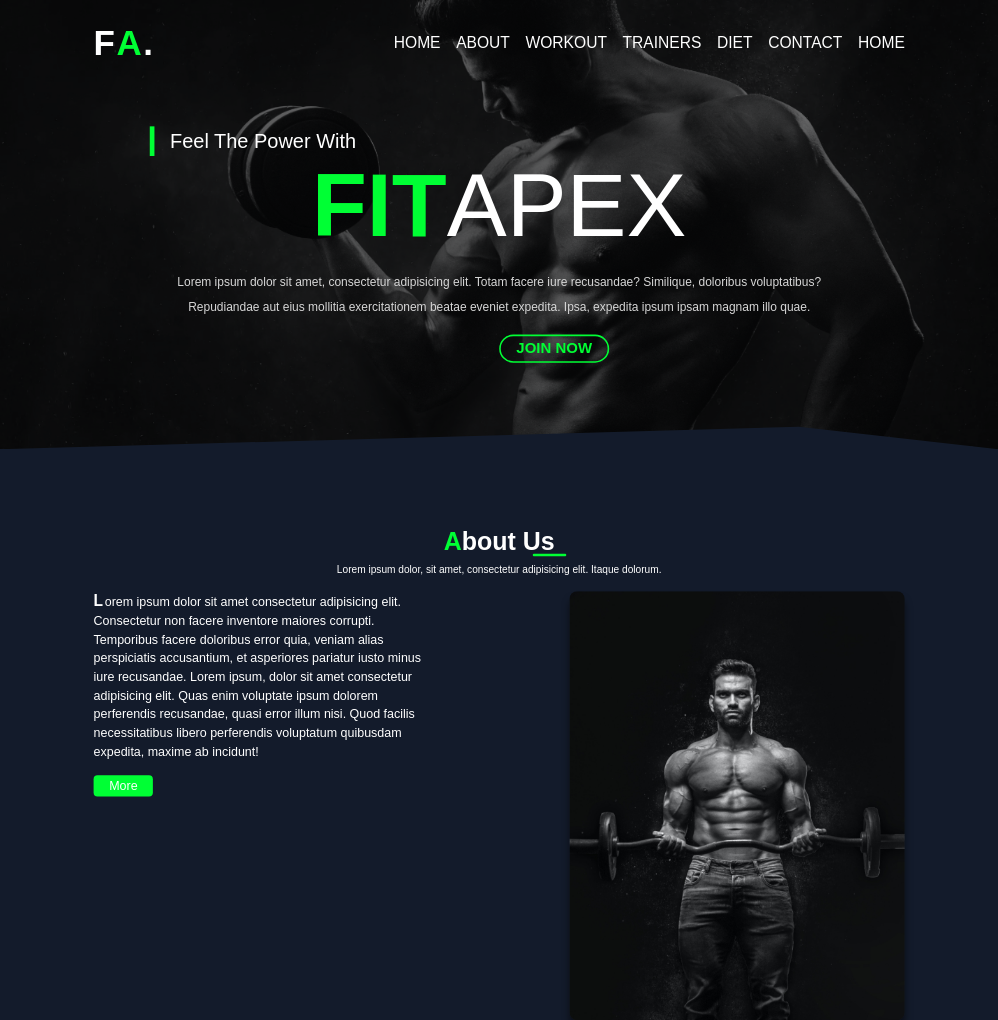
Repository: guilhermecardoso93/fitapex
Page: index.html
These files come from the project's save history. The page is drawn as it stood at one moment and after the next save; the edit follows.
The browser window is 1280 px wide. The pictures show the whole page, at 78% of full size.

Above is the page before, as saved 2023-03-05 21:28:51.

### index.html
<!DOCTYPE html>
<html lang="pr-BR">
  <head>
    <meta charset="UTF-8" />
    <meta http-equiv="X-UA-Compatible" content="IE=edge" />
    <meta name="viewport" content="width=device-width, initial-scale=1.0" />
    <link rel="stylesheet" href="styles.css" />
    <link
      rel="stylesheet"
      href="https://cdnjs.cloudflare.com/ajax/libs/font-awesome/4.7.0/css/font-awesome.css"
    />
    <title>F.A GYM</title>
  </head>
  <body>
    <div class="navbar">
      <a href="#" class="logo">F<b>A</b>.</a>
      <ol>
        <li>
          <a href="#home">home</a>
        </li>
        <li>
          <a href="#about">about</a>
        </li>
        <li>
          <a href="#workout">workout</a>
        </li>
        <li>
          <a href="#trainers">trainers</a>
        </li>
        <li>
          <a href="#diet">diet</a>
        </li>
        <li>
          <a href="#contact">contact</a>
        </li>
        <li>
          <a href="#home">home</a>
        </li>
      </ol>
    </div>
    <section id="home" class="home view">
      <div class="highlights">
        <h3>feel the power with</h3>
        <h1><b>FIT</b>APEX</h1><br>
        <p class="tagline">
          Lorem ipsum dolor sit amet, consectetur adipisicing elit. Totam facere iure recusandae? Similique, doloribus voluptatibus? Repudiandae aut eius mollitia exercitationem beatae eveniet expedita. Ipsa, expedita ipsum ipsam magnam illo quae.
        </p>
        <button class="join">join now</button>
      </div>
      <div class="banner"/>
    </section>

    <section id="about" class="about view">
      <div class="main">
        <h2><span>A</span>bout Us</h2>
        <h6>Lorem ipsum dolor, sit amet, consectetur adipisicing elit. Itaque dolorum.</h6>
      </div>
      <div class="content">
        <div class="cols">
          <p><b>L</b>orem ipsum dolor sit amet consectetur adipisicing elit. Consectetur non facere inventore maiores corrupti. Temporibus facere doloribus error quia, veniam alias perspiciatis accusantium, et asperiores pariatur iusto minus iure recusandae. Lorem ipsum, dolor sit amet consectetur adipisicing elit. Quas enim voluptate ipsum dolorem perferendis recusandae, quasi error illum nisi. Quod facilis necessitatibus libero perferendis voluptatum quibusdam expedita, maxime ab incidunt! </p>
          <a href="#">more</a>
        </div>
        <div class="cols">
          <div class="box">
            <img src="./assets/about.jpg" alt="">
          </div>
        </div>
      </div>
    </section>
  </body>
</html>

### styles.css
@import url("https://fonts.googleapis.com/css2?family=Poppins:wght@400;500&display=swap");

@import "./css/_navbar.css";
@import "./css/_home.css";
@import "./css/_about.css";

* {
  margin: 0;
  padding: 0;
  box-sizing: border-box;
  font-family: "Poppisns", sans-serif;
  outline: none;
  color: #fff;
}

:root {
  --prime: #00ff34;
}

body {
  background-color: #131b2b;
}


.view {
  width: 100%;
  min-height: 80vh;
  position: relative;
}

### css/_navbar.css

.navbar {
  width: 100%;
  display: flex;
  position: fixed;
  padding: 30px 120px;
  background-color: transparent;
  justify-content: space-between;
  z-index: 1111;
  transition: 0.5s ease;
}

.logo {
  font-size: 2.8em;
  font-weight: 800;
  letter-spacing: 2px;
  text-transform: uppercase;
  text-decoration: none;
}

.logo B{
  color: var(--prime);
}

ol {
  display: flex;
  margin: auto 0;
}

ol li {
  list-style: none;
  margin-left: 20px;
}

ol li a {
  font-size: 20px;
  font-weight:500;
  text-transform: uppercase;
  text-decoration: none;
}

ol li:hover a {
  color: var(--prime);
}

### css/_home.css
.home {
  display: flex;
  min-height: 120vh;
  align-items: center;
  justify-content: center;
  clip-path: polygon(0 0, 100% 0, 100% 100%, 80% 95%, 0 100%);
}

.banner {
  height: 100%;
  width: 100%;
  position: absolute;
  background: url("../assets/banner.jpg");
  background-size: cover;
  background-position: center;
  filter: brightness(40%);
}

.highlights {
  width: 70%;
  position: relative;
  display: inline-block;
  z-index: 11;
}

.highlights h3 {
  display: inline;
  font-size: 2vw;
  padding: 5px 20px;
  font-weight: lighter;
  text-transform: capitalize;
  border-left: 6px solid var(--prime);
}

.highlights h1 {
  font-size: 9vw;
  text-align: center;
  font-weight: normal;
}

.highlights b {
  color: var(--prime);
  font-weight: 800;
  font-family: sans-serif;
}

.highlights .tagline {
  color: #d7d7d7;
  font-size: 1.2vw;
  text-align: center;
  font-weight: normal;
  line-height: 32px;
}

.highlights .join {
  position: absolute;
  left: 50%;
  margin-top: 1.2rem;
  padding: 5px 20px;

  transform: tanslateX(-500%);
  font-weight: 800;
  font-size: 1.5vw;
  text-transform: uppercase;

  color: var(--prime);
  border: 2px solid var(--prime);
  border-radius: 50px;
  background: transparent;

  transition: 0.3s ease;
}

.highlights .join:hover {
  color: #fff;
  cursor: pointer;
  letter-spacing: 1.5px;
  background: var(--prime);
}

### css/_about.css
.main {
  width: 100%;
  text-align: center;
  padding-bottom: 20px;
}

.main h2 {
  font-size: 2.5vw;
  position: relative;
  text-align: center;
  padding-top: 100px;
  display: inline-block;
}

span {
  color: var(--prime);
}

.main h2:before {
  position: absolute;
  content: "";
  background: var(--prime);
  height: 3px;
  width: 30%;
  right: -15px;
  bottom: 0;
  border-radius: 50px;
}

.main h6 {
  margin-top: 10px;
  font-size: 13px;
  font-family: sans-serif;
  font-weight: lighter;
}

.content {
  position: relative;
  display: flex;
  width: 100%;
  padding: 0 30px;
  justify-content: center;
  line-height: 1.5em;
}

.about .content .cols {
  position: relative;
  width: 100%;
  height: 100%;
  padding: 0px 90px;
}

.about .content .cols p b {
  font-size: 20px;
  margin-right: 2px;
}

.about .content .cols a {
  position: relative;
  top: 20px;
  color: #fff;
  background-color: var(--prime);
  padding: 5px 20px;
  border-radius: 5px;
  text-decoration: none;
  text-weight: 500;
  text-transform: capitalize;
}

.about .content .cols a:hover {
  color: #000;
  background: #fff;
}

.about .content .cols .box {
  position: relative;
  height: 550px;
  box-shadow: 0 10px 10px rgba(0, 0, 0, 0.5);
  border-radius: 10px;
}

.about .content .cols .box img {
  position: absolute;
  top: 0;
  left: 0;
  height: 100%;
  width: 100%;
  object-fit: cover;
  border-radius: 10px;
}

After the next save:
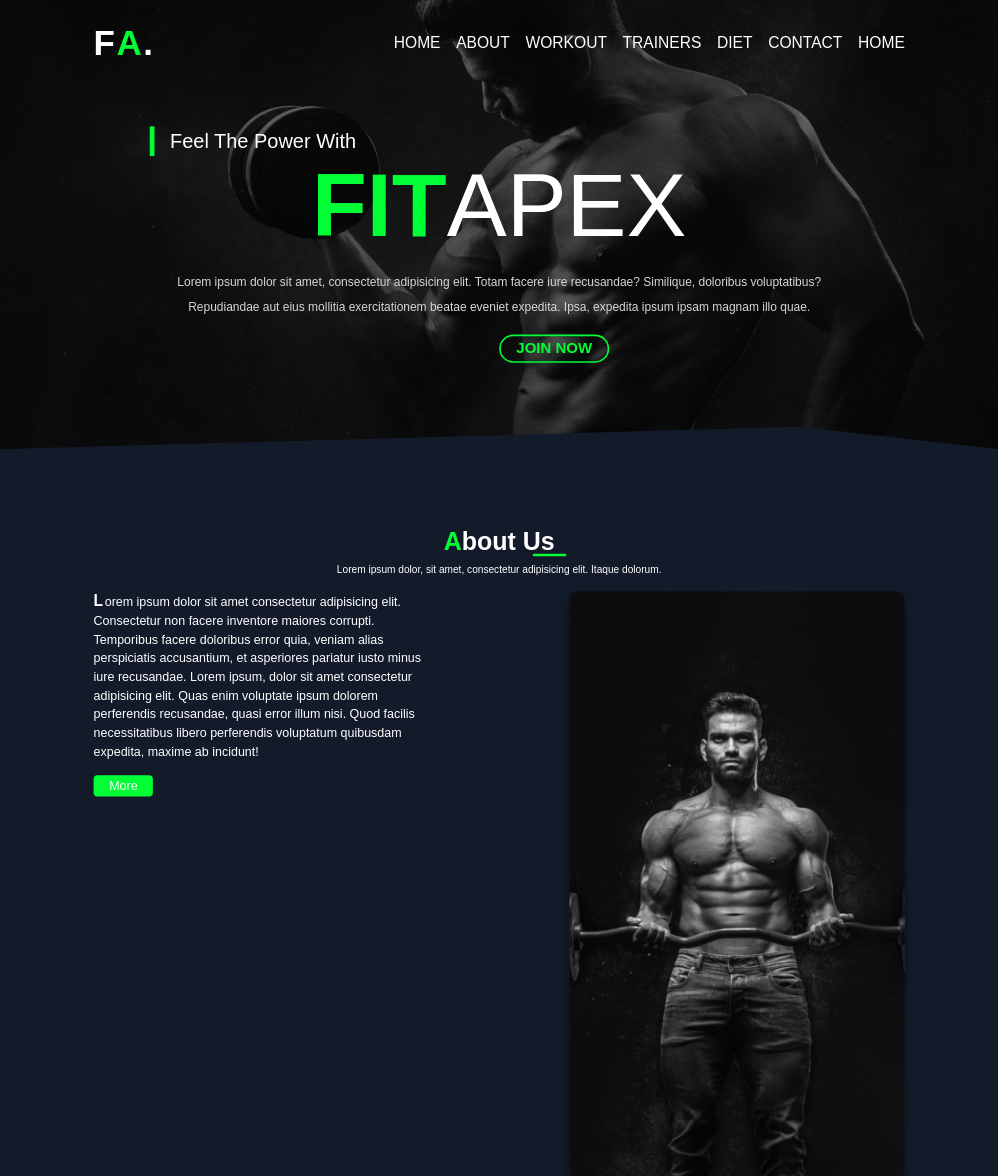
Saved 6 s later.
--- a/css/_about.css
+++ b/css/_about.css
@@ -74,7 +74,7 @@ span {
 
 .about .content .cols .box {
   position: relative;
-  height: 550px;
+  height: 750px;
   box-shadow: 0 10px 10px rgba(0, 0, 0, 0.5);
   border-radius: 10px;
 }
